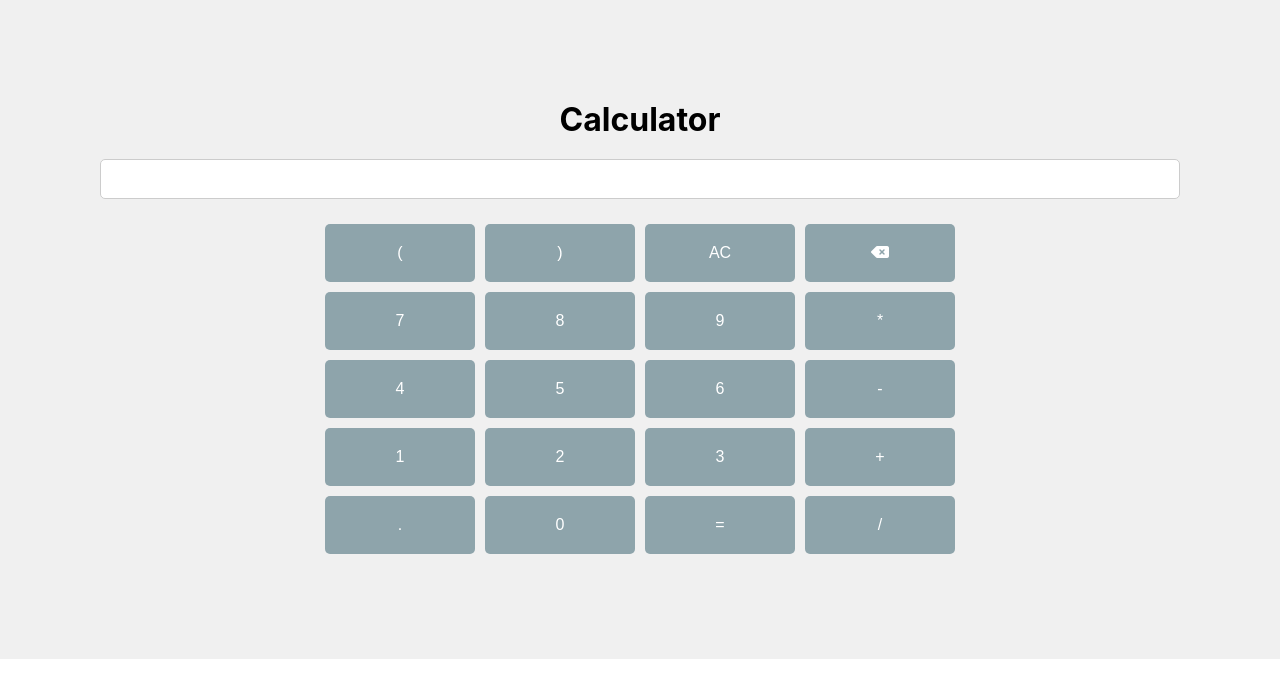
Repository: thesaherriaz/Calculator-React
Page: /
An editor plug-in stored every save of this project. The page is shown before and after a run of saves, followed by the edit.
The browser window is 1280 px wide. The pictures show the whole page.
The project was rebuilt for these pictures with package versions that can differ from the ones it lists, and the page was loaded fresh each time.

Above is the page before, as saved 2025-06-18 15:24:53.

After the next 3 saves:
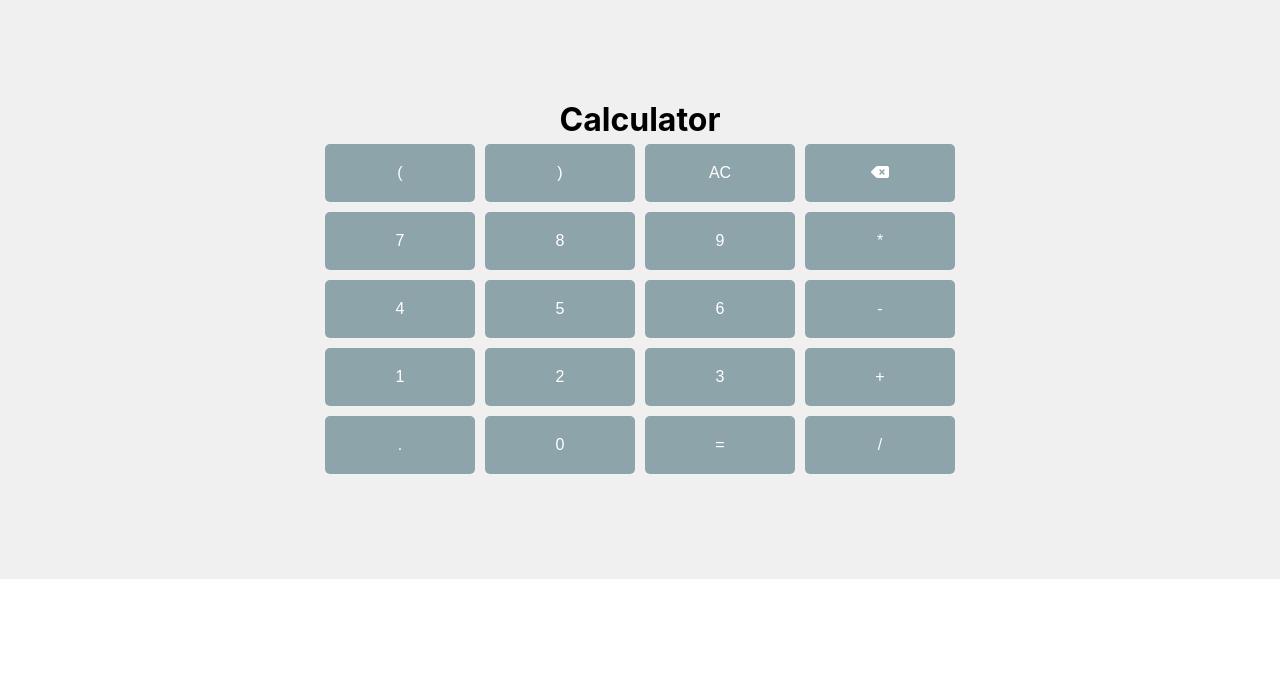
The 3 saves are shown as one change because they came seconds apart.
The last was saved 49 s later.
--- a/src/compnents/Calculator.jsx
+++ b/src/compnents/Calculator.jsx
@@ -28,7 +28,8 @@ function Calculator() {
     <>
         <div className="Calculator">
             <h1>Calculator</h1>
-            <input className='input-box' type="text" name="input" id="input" />
+            <div className="input">{input}</div>
+            <div className="result">{result}</div>
             <div>
                 <button className='btn-cal'onClick={handleClick('(')}>(</button>
                 <button className='btn-cal'onClick={handleClick(')')}>)</button>
